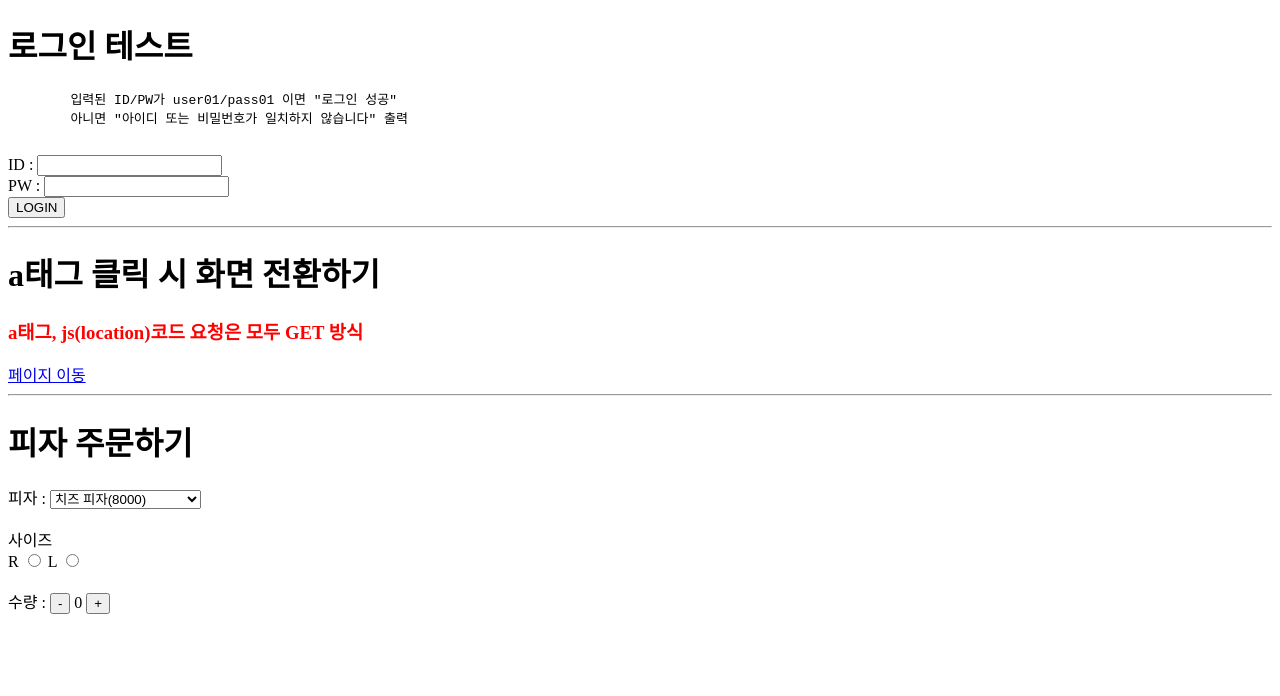
Repository: ahnjaeyoun/6_Server
Page: JSPProject1/src/main/webapp/index.html
These files come from the project's save history. The page is drawn as it stood at one moment and after the next save; the edit follows.
The browser window is 1280 px wide. The pictures show the whole page.

Above is the page before, as saved 2023-09-18 02:06:52.

After the next save:
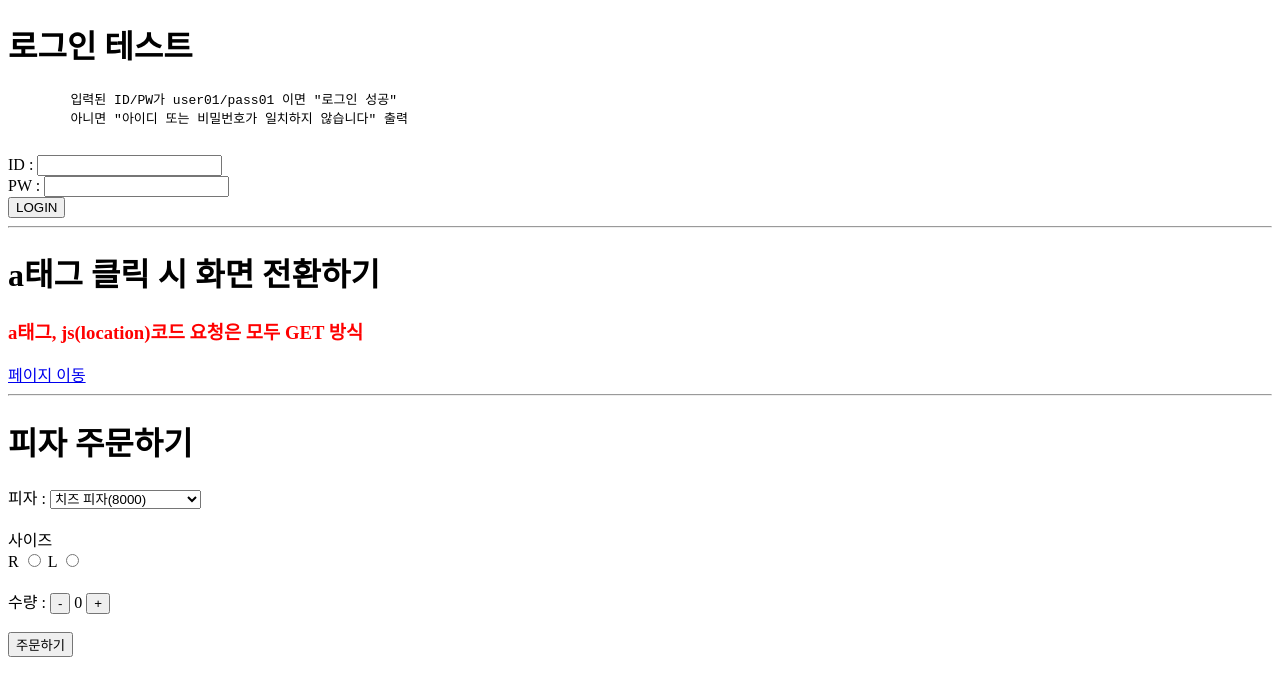
Saved 40 s later.
--- a/JSPProject1/src/main/webapp/index.html
+++ b/JSPProject1/src/main/webapp/index.html
@@ -58,6 +58,14 @@
 		<button>+</button>
 
 		<input type="hidden" name="amount" value="0">
+
+		<br><br>
+		<button>주문하기</button>
 	</form>
+
+
+
+
+
 </body>
 </html>
